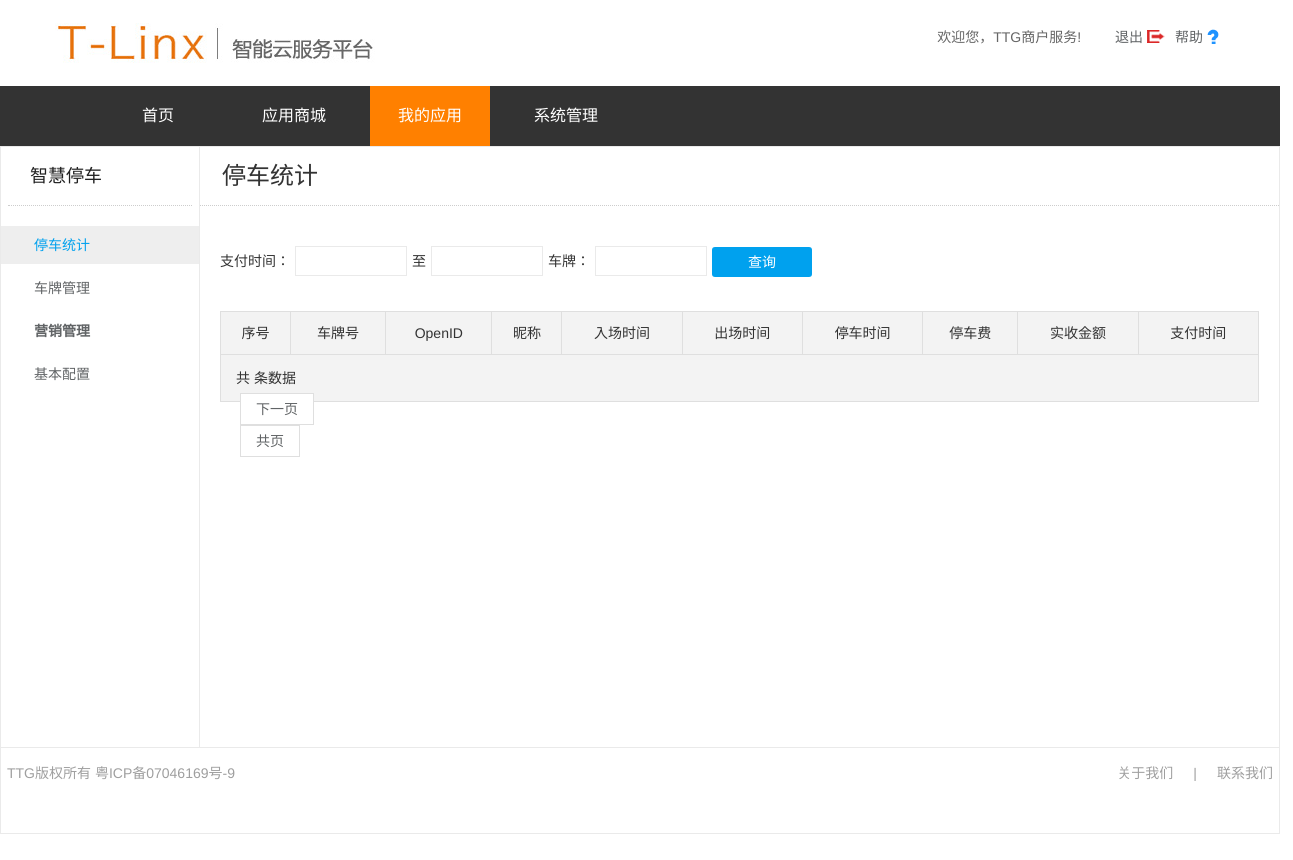
Repository: Keori/ParkCar
Page: admin/商户云/智慧停车/ParkComputed.html
The author's editor kept a copy of each file at every save. The page is drawn from the files as they stood at one save, then again after the next save.
The browser window is 1280 px wide. The page is 1293 px wide, so the pictures cover 1293 px, including what lies to the right of the window. The pictures show the whole page.
The page's requests for data from a server got no answer.

Above is the page before, as saved 2018-12-24 11:54:20.

After the next save:
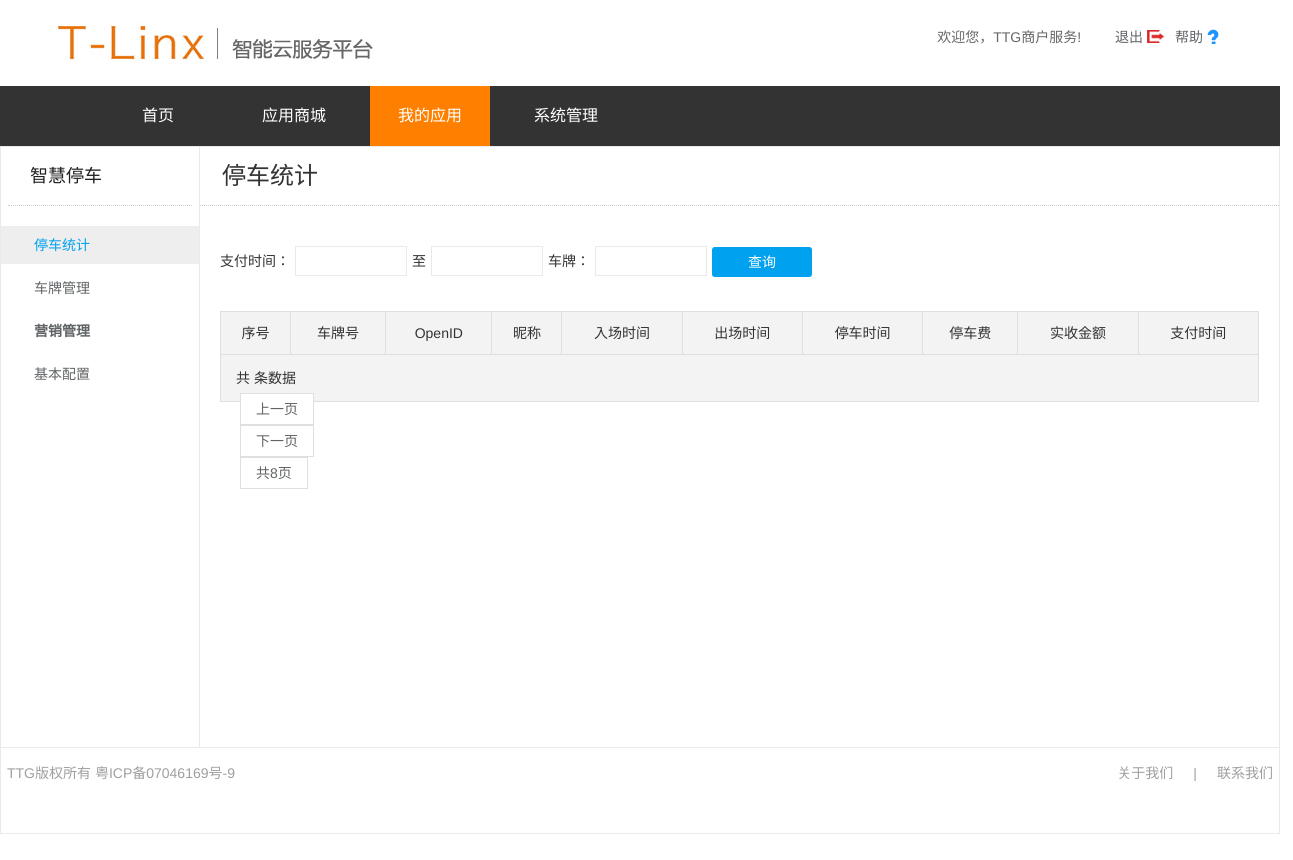
Saved 34 s later.
--- a/admin/商户云/智慧停车/ParkComputed.html
+++ b/admin/商户云/智慧停车/ParkComputed.html
@@ -126,6 +126,8 @@
         el: '#content',
         data(){
             return{
+                all: 8,
+                cur: 1, //当前页码
                 type: false,
                 changeGray: '',
                 filterSearch:{
